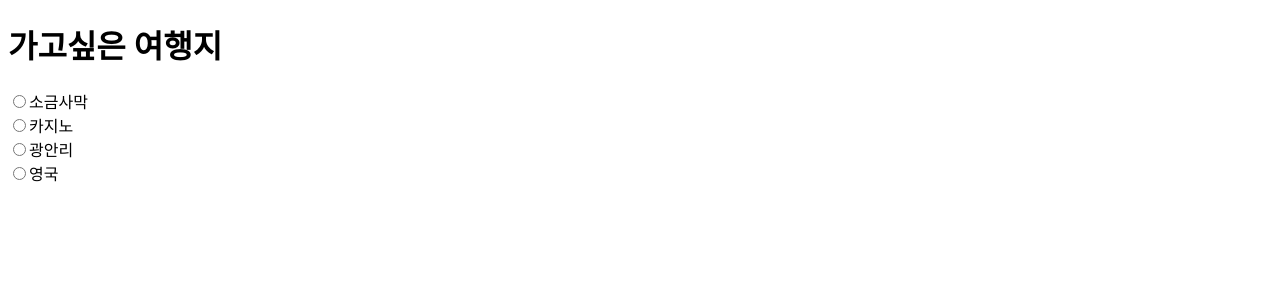
Repository: JongMin22/jsp.practice
Page: http://localhost/JSPBasic/JspObject/2.response/travel_main.jsp
These files come from the project's save history. The page is drawn as it stood at one moment and after the next save; the edit follows.
The browser window is 1280 px wide. The pictures show the whole page.
The page is served by Tomcat 9.

Above is the page before, as saved 2022-02-04 03:41:23.

### JSPBasic/src/main/webapp/JspObject/2.response/travel_main.jsp
<%@ page language="java" contentType="text/html; charset=UTF-8"
    pageEncoding="UTF-8"%>

<!DOCTYPE html>
<html>
<head>
<meta charset="UTF-8">
<title>가고싶은 여행지들</title>
</head>
<body>
<%--
form 태그를 만들고 목적지는 travel_check.jsp, post방식입니다.
라디오버튼을 최소4개 만들어주세요. --%>
<h1>가고싶은 여행지</h1>
<form action="travel_check.jsp" method="post">
<input type="radio" name="travel" value="saltdesert"/>소금사막<br/>
<input type="radio" name="travel" value="karzino"/>카지노<br/>
<input type="radio" name="travel" value="ghangahnri"/>광안리<br/>
<input type="radio" name="travel" value="england"/>영국<br/>
</form>

</body>
</html>

After the next save:
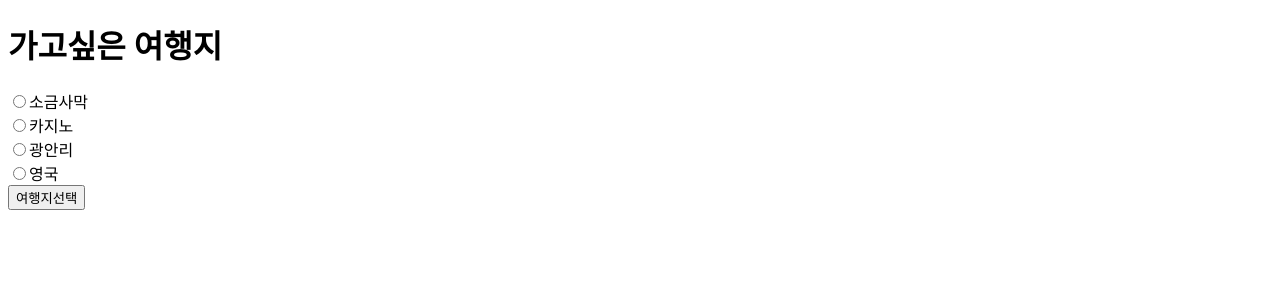
Saved 6 min 57 s later.
--- a/JSPBasic/src/main/webapp/JspObject/2.response/travel_main.jsp
+++ b/JSPBasic/src/main/webapp/JspObject/2.response/travel_main.jsp
@@ -17,6 +17,7 @@ form 태그를 만들고 목적지는 travel_check.jsp, post방식입니다.
 <input type="radio" name="travel" value="karzino"/>카지노<br/>
 <input type="radio" name="travel" value="ghangahnri"/>광안리<br/>
 <input type="radio" name="travel" value="england"/>영국<br/>
+<input type="submit" value="여행지선택"/>
 </form>
 
 </body>
